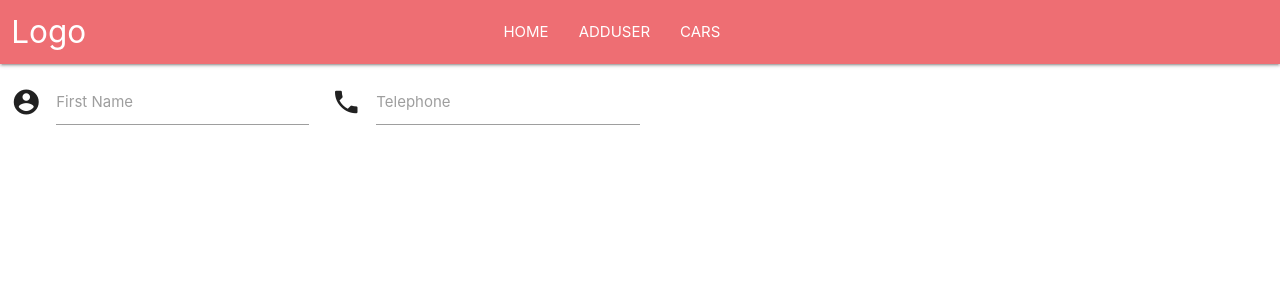
Repository: JenyaIII-sudo/Cars
Page: /Add
The author's editor kept a copy of each file at every save. The page is drawn from the files as they stood at one save, then again after the next save.
The browser window is 1280 px wide. The pictures show the whole page.
The project was rebuilt for these pictures with package versions that can differ from the ones it lists, and the page was loaded fresh each time. Also part of the build but not shown: src/App.css, src/Components/Home.js. Imported but missing from the stored project, and not drawn on this page: src/Components/Cars.

Above is the page before, as saved 2019-11-24 15:34:32.

### public/index.html
<!DOCTYPE html>
<html lang="en">
  <head>
    <meta charset="utf-8" />
    <link rel="icon" href="%PUBLIC_URL%/favicon.ico" />
    <meta name="viewport" content="width=device-width, initial-scale=1" />
    <meta name="theme-color" content="#000000" />
    <meta
      name="description"
      content="Web site created using create-react-app"
    />
    <link rel="apple-touch-icon" href="logo192.png" />

    <link rel="manifest" href="%PUBLIC_URL%/manifest.json" />
    <link
      rel="stylesheet"
      href="https://cdnjs.cloudflare.com/ajax/libs/materialize/1.0.0/css/materialize.min.css"
    />
    <link
      href="https://fonts.googleapis.com/icon?family=Material+Icons"
      rel="stylesheet"
    />
    <title>React App</title>
  </head>
  <body>
    <noscript>You need to enable JavaScript to run this app.</noscript>
    <div id="root"></div>
    <script src="https://cdnjs.cloudflare.com/ajax/libs/materialize/1.0.0/js/materialize.min.js"></script>
  </body>
</html>

### src/App.js
import React from "react";
import "./App.css";
import NavBar from "./Components/NavBar";
import { BrowserRouter as Router, Route } from "react-router-dom";
import Cars from "./Components/Cars";
import Home from "./Components/Home";
import AddUser from "./Components/AddUser";

function App() {
  return (
    <Router>
      <div className="row container-fluid">
        <NavBar />
        <Route path="/Home" component={Home} />
        <Route path="/Add" component={AddUser} />
        <Route path="/Cars" component={Cars} />
      </div>
    </Router>
  );
}

export default App;

### src/Components/NavBar.js
import React from "react";
import { Link } from "react-router-dom";

const NavBar = () => {
  return (
    <nav>
      <div className="nav-wrapper col s7">
        <a href="#" className="brand-logo">
          Logo
        </a>
        <ul id="nav-mobile" className="right hide-on-med-and-down">
          <li>
            <Link to="/Home">HOME</Link>
          </li>
          <li>
            <Link to="/Add">ADDUSER</Link>
          </li>
          <li>
            <Link to="/Cars">CARS</Link>
          </li>
        </ul>
      </div>
    </nav>
  );
};

export default NavBar;

### src/Components/AddUser.js
import React from "react";

const AddUser = () => {
  return (
    <div className="row">
      <form className="col s6">
        <div className="row">
          <div className="input-field col s6">
            <i className="material-icons prefix">account_circle</i>
            <input id="icon_prefix" type="text" className="validate" />
            <label for="icon_prefix">First Name</label>
          </div>
          <div className="row">
            <div className="input-field col s6">
              <i className="material-icons prefix">phone</i>
              <input id="icon_telephone" type="tel" className="validate" />
              <label for="icon_telephone">Telephone</label>
            </div>
          </div>
        </div>
      </form>
    </div>
  );
};

export default AddUser;

Loaded but not shown: src/index.js (common file); src/index.css (common file)

After the next save:
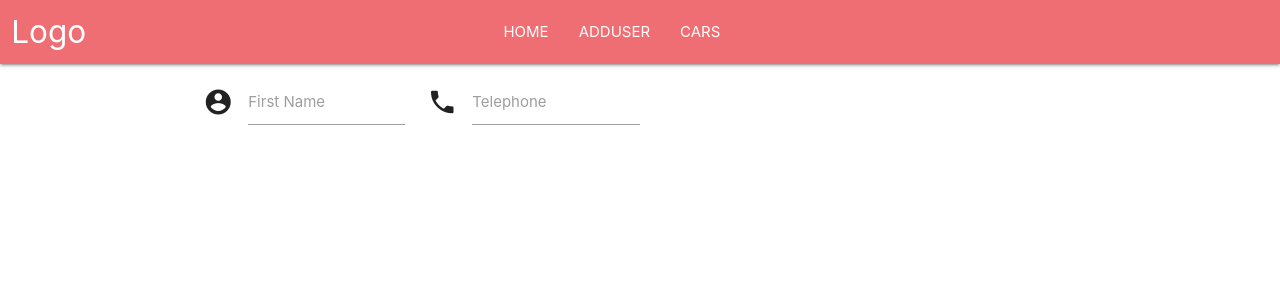
Saved 44 s later.
--- a/src/Components/AddUser.js
+++ b/src/Components/AddUser.js
@@ -2,7 +2,7 @@ import React from "react";
 
 const AddUser = () => {
   return (
-    <div className="row">
+    <div className="container">
       <form className="col s6">
         <div className="row">
           <div className="input-field col s6">
